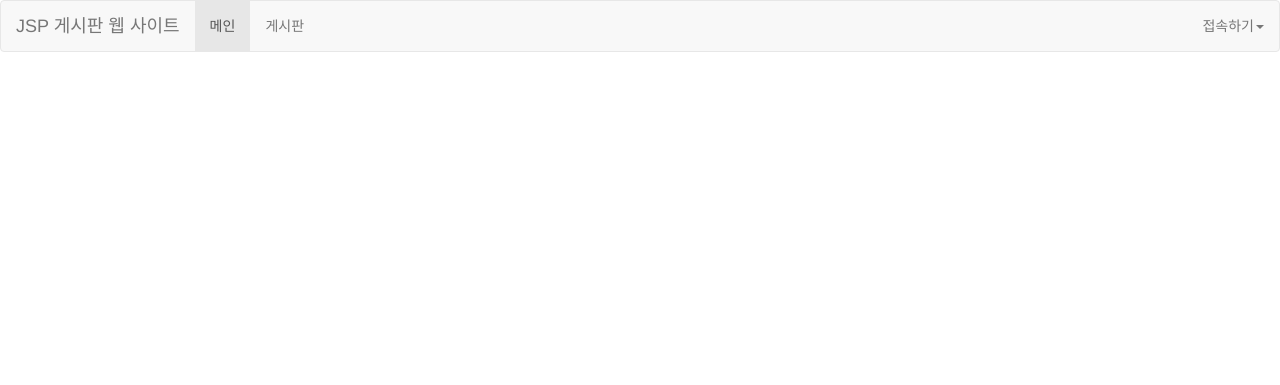
Repository: JoYuKang/Clone_Code
Page: http://localhost/BBS/main.jsp
An editor plug-in stored every save of this project. The page is shown before and after the next save, followed by the edit.
The browser window is 1280 px wide. The pictures show the whole page.
Some web libraries are served in a nearby version. The page is served by Tomcat 9.

Above is the page before, as saved 2021-01-23 13:48:41.

After the next save:
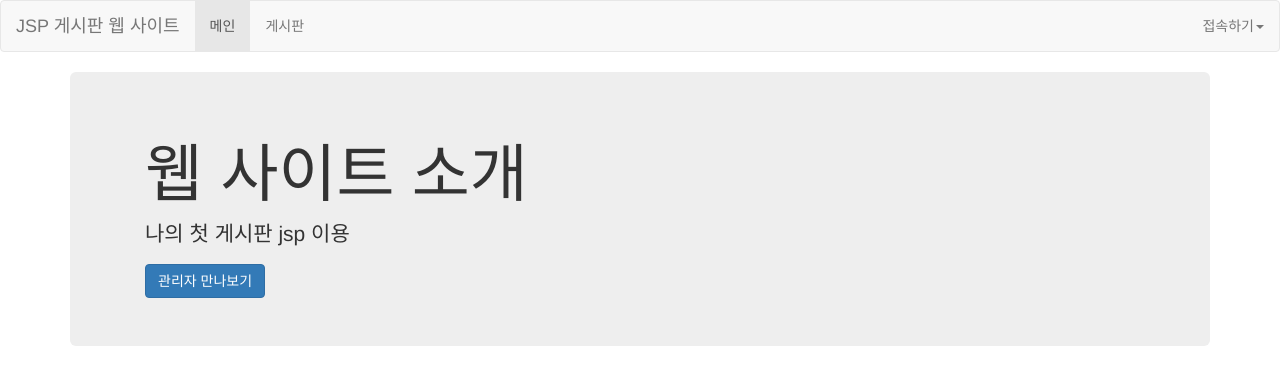
Saved 78 min 42 s later.
--- a/게시판/project/BBS/WebContent/main.jsp
+++ b/게시판/project/BBS/WebContent/main.jsp
@@ -62,6 +62,15 @@
 
 		</div>
 	</nav>
+	<div class="container">
+		<div class="jumbotron">
+			<div class="container">
+				<h1>웹 사이트 소개</h1>
+				<p> 나의 첫 게시판 jsp 이용</p>
+				<a class="btn btn-primary btn-pull" href="#" role="button">관리자 만나보기</a>
+			</div>
+		</div>
+	</div>
 	<script src="http://code.jquery.com/jquery-3.1.1.min.js"></script>
 	<script src="js/bootstrap.js"></script>
 </body>
